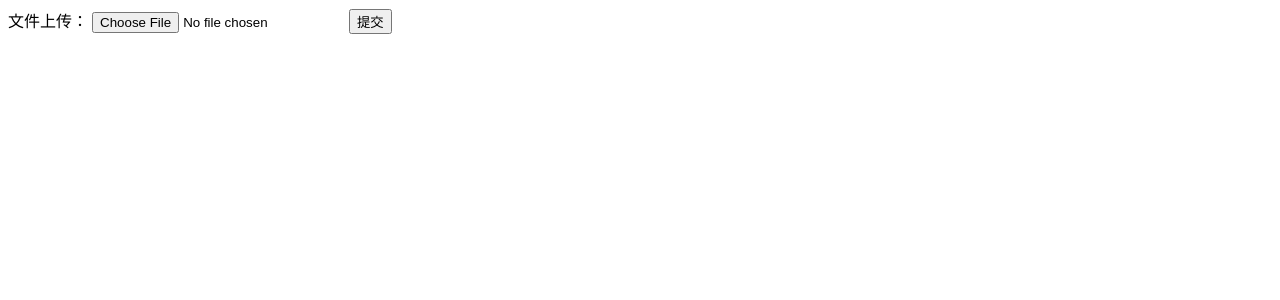
Repository: gongzheng-java/ProjectExample
Page: http://localhost/SSM/upload.jsp
An editor plug-in stored every save of this project. The page is shown before and after the next save, followed by the edit.
The browser window is 1280 px wide. The pictures show the whole page.
The page is served by Tomcat 9. Nobody is signed in. The application's start-up code is not run. Other server files are loaded and not shown.

Above is the page before, as saved 2019-03-03 07:34:34.

### SSM/src/main/webapp/upload.jsp
<%@ page language="java" contentType="text/html; charset=UTF-8"
    pageEncoding="UTF-8"%>
<!DOCTYPE html PUBLIC "-//W3C//DTD HTML 4.01 Transitional//EN" "http://www.w3.org/TR/html4/loose.dtd">
<html>
<head>
<meta http-equiv="Content-Type" content="text/html; charset=UTF-8">
<script type="text/javascript"  src="static/bootstrap/js/jquery-1.8.3.js"></script>
<script type="text/javascript"  src="static/bootstrap/js/jquery.min.js"></script>
<title>文件上传测试页面</title>
</head>
<body>
 <form id="myform"  method="post" >
     文件上传： <input id="aa" type="file" name="record"/>
      <input type="button" onclick="doUpload()" value="提交" />
   </form>
</body>
<script type="text/javascript">
function doUpload() {
    var formData = new FormData($( "#myform" )[0]);
    var file=$("aa").val();
    alert(file);
    $.ajax({
         url: 'upload/fileupload' ,
         type: 'POST',
         data: formData,
         async: false,
         cache: false,
         contentType: false,
         processData: false,
         success: function (returndata) {
             //alert(returndata);
         },
         error: function (returndata) {
             //alert(returndata);
         }
    });
}
</script>
</html>

Loaded but not shown: SSM/src/main/webapp/static/bootstrap/js/jquery-1.8.3.js (library); SSM/src/main/webapp/static/bootstrap/js/jquery.min.js (library)

After the next save:
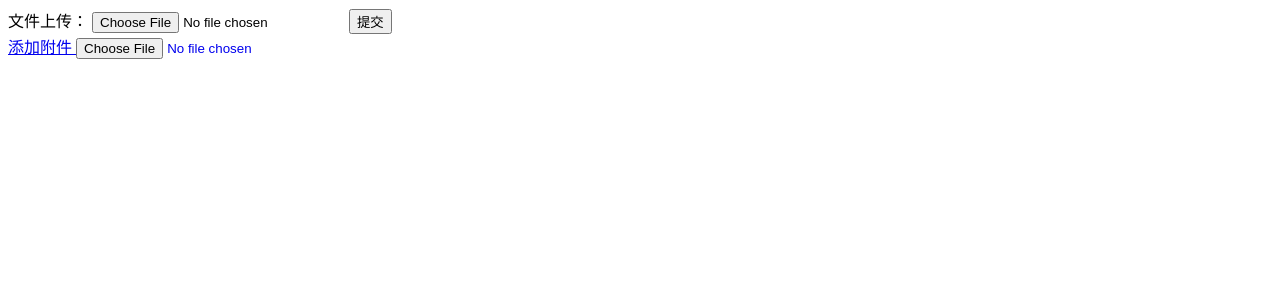
Saved 2 min 32 s later.
--- a/SSM/src/main/webapp/upload.jsp
+++ b/SSM/src/main/webapp/upload.jsp
@@ -14,6 +14,10 @@
       <input type="button" onclick="doUpload()" value="提交" />
    </form>
 </body>
+
+<a href="javascript:;" class="file">添加附件
+    <input type="file" name="" id="fileId" onchange="upload()">
+</a>
 <script type="text/javascript">
 function doUpload() {
     var formData = new FormData($( "#myform" )[0]);
